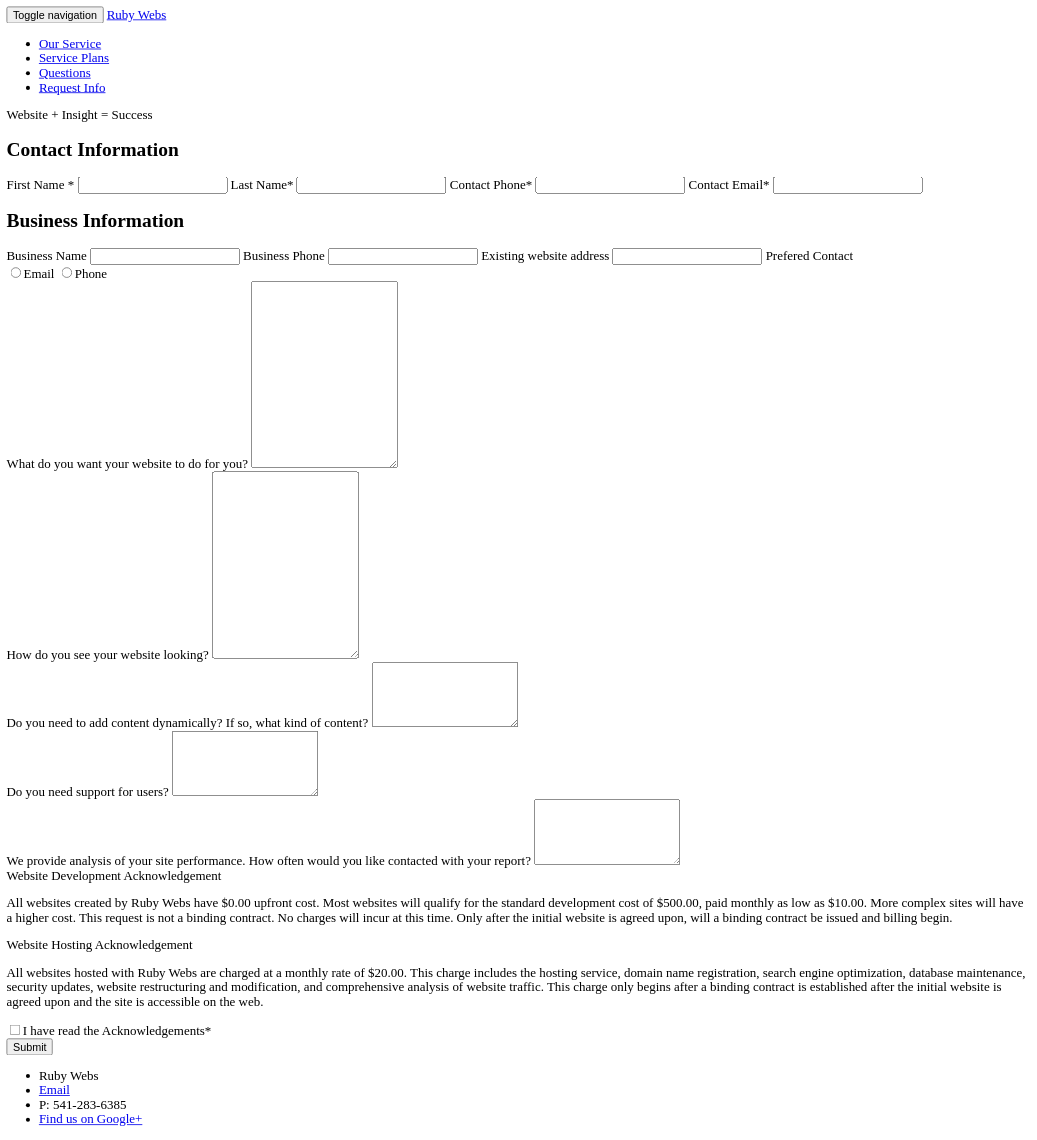
Repository: nlblunt/rubywebs
Page: app/assets/javascripts/html/request.html
The author's editor kept a record of every edit. The page is drawn from the files as they stood at one moment, then again after the next edit.
The browser window is 1280 px wide. The pictures show the whole page, at 81% of full size.

Above is the page before.

After the next edit:
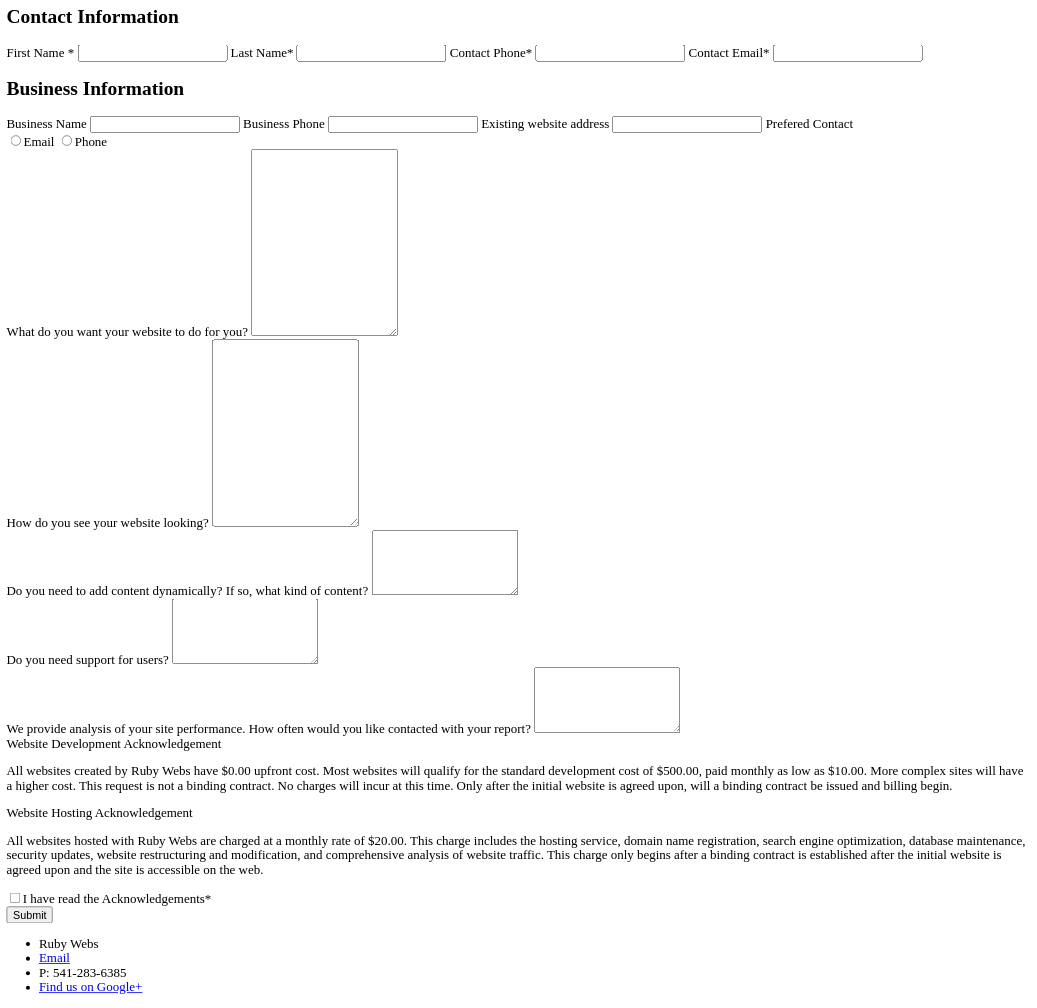
The edit:
--- a/app/assets/javascripts/html/request.html
+++ b/app/assets/javascripts/html/request.html
@@ -1,30 +1,5 @@
 <div class="container-fluid">
-    <div class="row">
-        <header>
-            <nav class="navbar navbar-inverse">
-                <div class="navbar-header">
-                    <button type="button" class="navbar-toggle collapsed" data-toggle="collapse" data-target="#navbar-collapse-1">
-                        <span class="sr-only">Toggle navigation</span>
-                        <span class="icon-bar"></span>
-                        <span class="icon-bar"></span>
-                        <span class="icon-bar"></span>
-                    </button>
-                    <a id="navbar-brand-ruby" class="navbar-brand" href="/#!/">Ruby Webs</a>
-                </div>
-
-                <div class="collapse navbar-collapse" id="navbar-collapse-1">
-                    <ul class="nav navbar-nav">
-                        <li><a href="#">Our Service</a></li>
-                        <li><a href="#">Service Plans</a></li>
-                        <li><a href="#">Questions</a></li>
-                        <li><a href="/#!/request">Request Info</a></li>
-                    </ul>
-
-                    <p id="slogan" class="text-ruby navbar-text pull-right">Website + Insight = Success</p>
-                </div>
-            </nav>
-        </header>
-    </div>
+        <rw-header></rw-header>
 
     <div class="content">
       <form name="contactUs">
